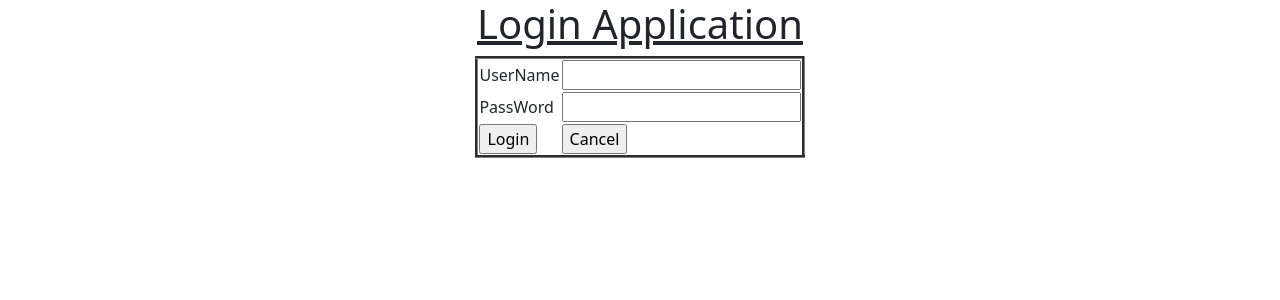
Repository: chandrabiji/OILC203_WEB
Page: RequestDispatcherDemo/src/main/webapp/login.html
The author's editor kept a copy of each file at every save. The page is drawn from the files as they stood at one save, then again after the next save.
The browser window is 1280 px wide. The pictures show the whole page.

Above is the page before, as saved 2022-10-17 06:36:52.

### RequestDispatcherDemo/src/main/webapp/login.html
<!DOCTYPE html>
<html>
<head>
<meta charset="ISO-8859-1">
<!-- CSS only -->
<link href="https://cdn.jsdelivr.net/npm/bootstrap@5.2.2/dist/css/bootstrap.min.css" rel="stylesheet" integrity="sha384-Zenh87qX5JnK2Jl0vWa8Ck2rdkQ2Bzep5IDxbcnCeuOxjzrPF/et3URy9Bv1WTRi" crossorigin="anonymous">
<!-- JavaScript Bundle with Popper -->
<script src="https://cdn.jsdelivr.net/npm/bootstrap@5.2.2/dist/js/bootstrap.bundle.min.js" integrity="sha384-OERcA2EqjJCMA+/3y+gxIOqMEjwtxJY7qPCqsdltbNJuaOe923+mo//f6V8Qbsw3" crossorigin="anonymous"></script>
<title>LoginPage</title>
</head>
<body>
<center><h1><u>Login Application</u></h1></center>
<form action="./login" method="post">
  <table border="3" align="center">
     <tr>
       <td>UserName</td>
       <td><input type="text" name="uname" />
     </tr>
     <tr>
       <td>PassWord</td>
       <td><input type="password" name="pwd"/>
     </tr>
     <tr>
      <td><input type="submit" value="Login"/></td>
      <td><input type="reset" value="Cancel"/></td>
     </tr>
  </table>
</form>
</body>
</html>

After the next save:
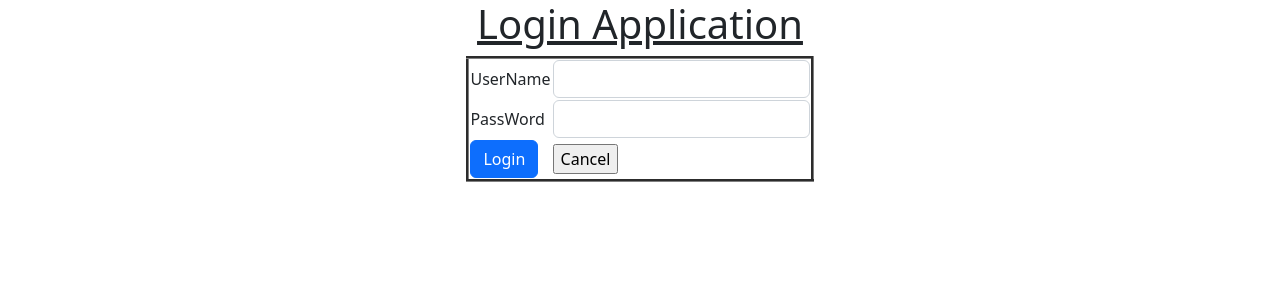
Saved 87 s later.
--- a/RequestDispatcherDemo/src/main/webapp/login.html
+++ b/RequestDispatcherDemo/src/main/webapp/login.html
@@ -14,14 +14,14 @@
   <table border="3" align="center">
      <tr>
        <td>UserName</td>
-       <td><input type="text" name="uname" />
+       <td><input type="text" name="uname"  class="form-control"/>
      </tr>
      <tr>
        <td>PassWord</td>
-       <td><input type="password" name="pwd"/>
+       <td><input type="password" name="pwd"  class="form-control"/>
      </tr>
      <tr>
-      <td><input type="submit" value="Login"/></td>
+      <td><input type="submit" value="Login"/ class="btn btn-primary"></td>
       <td><input type="reset" value="Cancel"/></td>
      </tr>
   </table>
